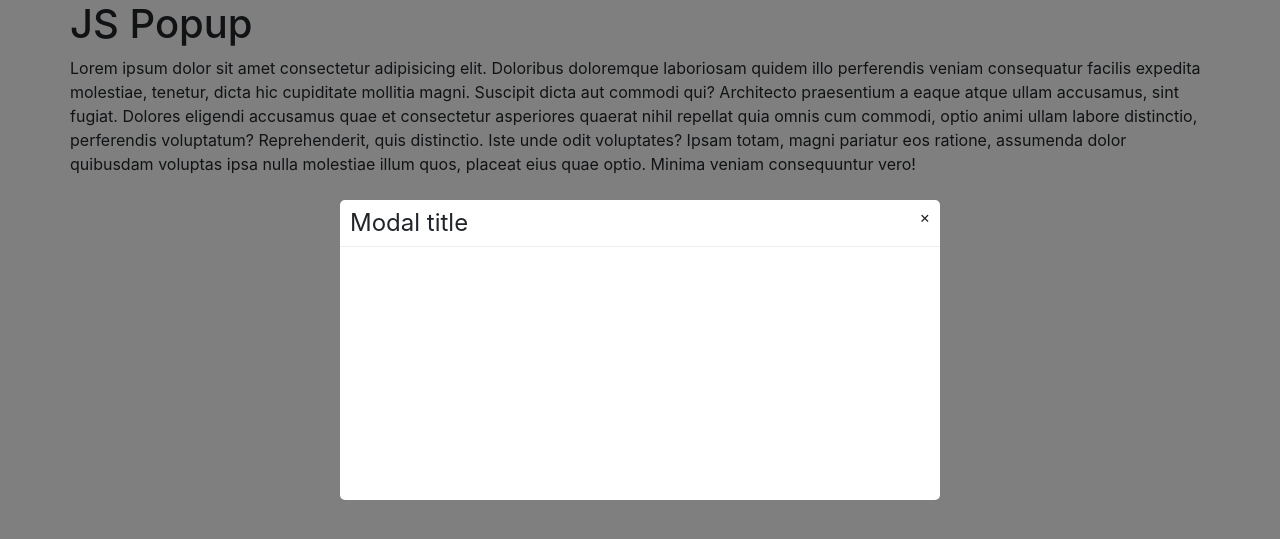
Repository: frostnn/popup-js
Page: index.html
These files come from the project's save history. The page is drawn as it stood at one moment and after the next save; the edit follows.
The browser window is 1280 px wide. The pictures show the whole page.

Above is the page before, as saved 2021-01-17 22:52:08.

After the next save:
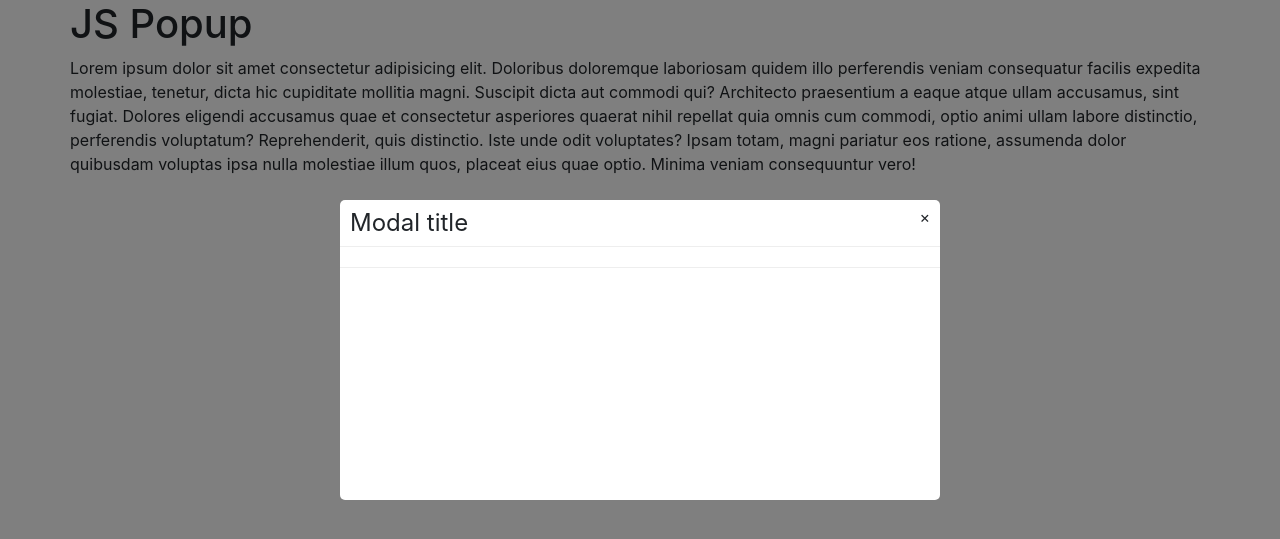
Saved 86 s later.
--- a/css/modal.css
+++ b/css/modal.css
@@ -29,3 +29,12 @@
 .modale-close {
   cursor: pointer;
 }
+
+.modale-window_body {
+  padding: 10px;
+}
+
+.modale-window_footer {
+  padding: 5px 10px;
+  border-top: 1px solid #eee;
+}
